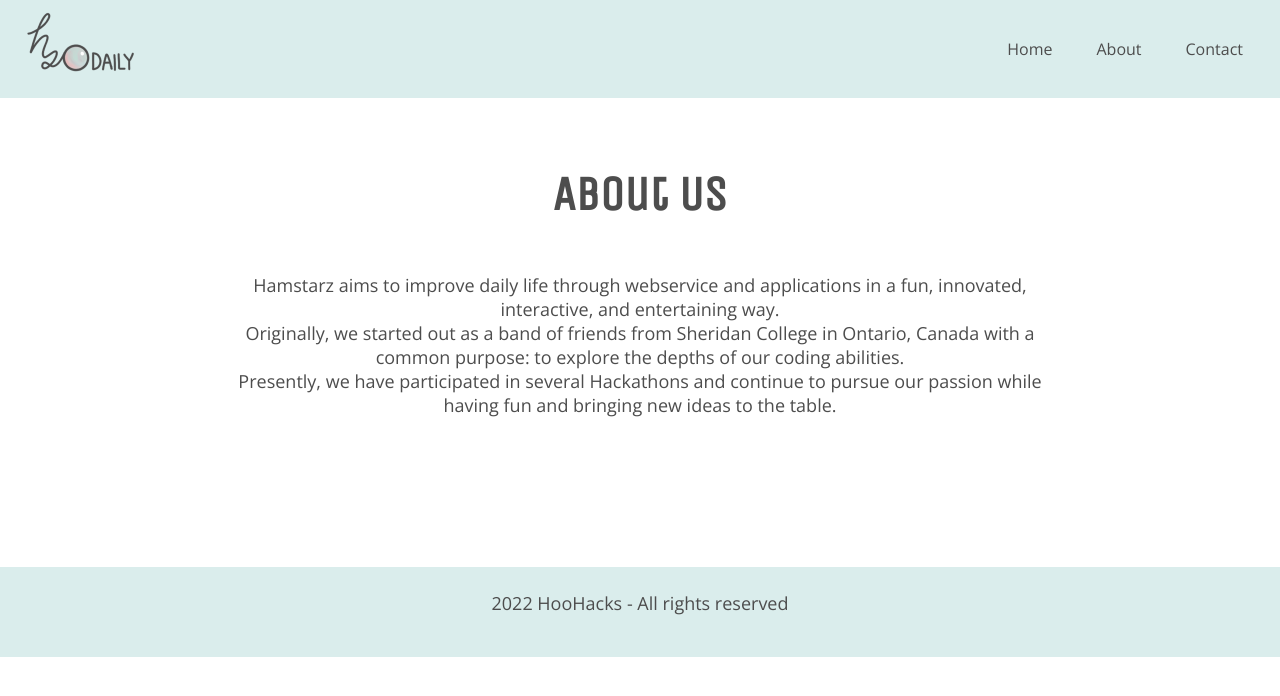
Repository: jennyjjung/H2ODaily
Page: about.html
The author's editor kept a copy of each file at every save. The page is drawn from the files as they stood at one save, then again after the next save.
The browser window is 1280 px wide. The pictures show the whole page.

Above is the page before, as saved 2022-03-26 21:17:25.

### about.html
<!DOCTYPE html>
<html lang="en">
<head>
  <meta charset="UTF-8">
  <meta http-equiv="X-UA-Compatible" content="IE=edge">
  <meta name="viewport" content="width=device-width, initial-scale=1.0">
  <title>H2O Daily</title>
  <link href='https://fonts.googleapis.com/css?family=Unica One' rel='stylesheet'>
  <link href="https://fonts.googleapis.com/css2?family=Open+Sans:wght@400;600;700&display=swap" rel="stylesheet">
  <link rel="stylesheet" href="style.css" />
  <script src="main.js" defer></script>
</head>
<body>

  <nav id="navbar">
    <div class="navbar__logo">
      <a href="index.html"><img src="images/logo.png" id="navbar__logo"></a>
    </div>
    <div class="navbar__menu">
      <li class="navbar__menu__item"><a href="index.html">Home</a></li>
      <li class="navbar__menu__item"><a href="about.html">About</a></li>
      <li class="navbar__menu__item"><a href="contact.html">Contact</a></li>
    </div>
  </nav>

  <section id="about">
    <h1>About Us </h1>
    <div class="about__content">
      <p>
        Hamstarz aims to improve daily life through webservice and applications in a fun, innovated, interactive, and entertaining way. <br>Originally, we started out as a band of friends from Sheridan College in Ontario, Canada with a common purpose: to explore the depths of our coding abilities. <br>Presently, we have participated in several Hackathons and continue to pursue our passion while having fun and bringing new ideas to the table.
      </p>
    </div>
  </section>

  <section id="bottom">
    <div class= "bottom__container">
      <p class="bottom__rights">2022 HooHacks - All rights reserved</p>
    </div>
  </section>

</body>
</html>

### style.css
/* Global */
:root {
  /* Color */
  --color-white: #ffffff;
  --color-dark-grey: #4d4d4d;
  --color-blue: #daedec;
  --color-dark-blue: #b9d8d6;
  --color-yellow: rgb(241, 247, 208);

  /* Font weight */
  --weight-bold: 700;
  --weight-semi-bold: 600;
  --weight-regular: 400;

  /* Font Size */
  --font-large: 48px;
  --font-medium: 28px;
  --font-regular: 18px;
  --font-small: 16px;
  --font-micro: 14px;

  /* Size */
  --size-border-radius: 4px;
}

body {
  margin: 0;
  font-family: "Open Sans";
  cursor: default;
  text-align: center;
}

h1 {
  font-size: var(--font-large);
  font-weight: var(--weight-bold);
  color: var(--color-dark-grey);
  font-family: "Unica One";
  margin: 16px 0px;
}

p {
  font-size: var(--font-regular);
  font-weight: var(--weight-regular);
  color: var(--color-dark-grey);
  margin: 4px 0;
}

li {
  list-style: none;
}

a {
  text-decoration: none;
  color: var(--color-dark-grey);
}

/* Navbar */
#navbar {
  position: fixed;
  display: flex;
  justify-content: space-between;
  width: 100%;
  background-color: var(--color-blue);
  padding: 10px;
  align-items: center;
}

.navbar__menu {
  display: flex;
  margin-right: 25px;
}

.navbar__logo {
  font-size: var(--font-medium);
  font-weight: var(--weight-semi-bold);
  justify-content: center;
}

#nevbar__logo {
  width: 80px;
  padding-left: 20px;
  padding-top: 10px;
}

.navbar__menu__item {
  padding: 8px 12px;
  margin: 0 10px;
  cursor: pointer;
  border-radius: var(--size-border-radius);
}

.navbar__menu__item:hover {
  background-color: var(--color-dark-blue);
}

/* Home */
#home,
#contact,
#about {
  padding: 150px 40px 100px 40px;
}

.home__title {
  color: var(--color-dark-grey);
}

.home__content {
  width: 80%;
}

.home__container {
  display: flex;
  flex-direction: column;
  align-items: center;
  justify-content: center;
}

.home__logo {
  width: 300px;
  height: 300px;
  margin: 20px;
  margin-bottom: 0;
}

.btn__home,
input[type="submit"] {
  color: var(--color-dark-grey);
  background-color: var(--color-blue);
  font-size: var(--font-regular);
  font-weight: var(--weight-bold);
  font-family: "Unica One";
  margin: 24px;
  padding: 8px 16px;
  border-radius: var(--size-border-radius);
}

.btn__home:hover,
input[type="submit"] {
  background-color: var(--color-dark-blue);
}

#bottom {
  background-color: var(--color-blue);
  padding: 20px;
  text-align: center;
  height: 50px;
}

.about__content,
.contact__content {
  width: 70%;
  text-align: center;
  margin: 50px auto;
}

/* Contact */
form {
  width: 500px;
  margin: auto;
  margin-top: 50px;
}
.row {
  display: flex;
  justify-content: space-between;
  margin-top: 10px;
}

input[type="text"],
input[type="email"],
textarea {
  width: 100%;
  padding: 7px;
  border-radius: 3px;
  border: 1px solid rgb(207, 207, 207);
}

textarea {
  height: 100px;
}

.table__label {
  width: 30%;
  text-align: left;
  line-height: 150%;
}

.table__input {
  width: 70%;
}

Loaded but not shown: main.js (no copy from this time; the picture is the same without it)

After the next save:
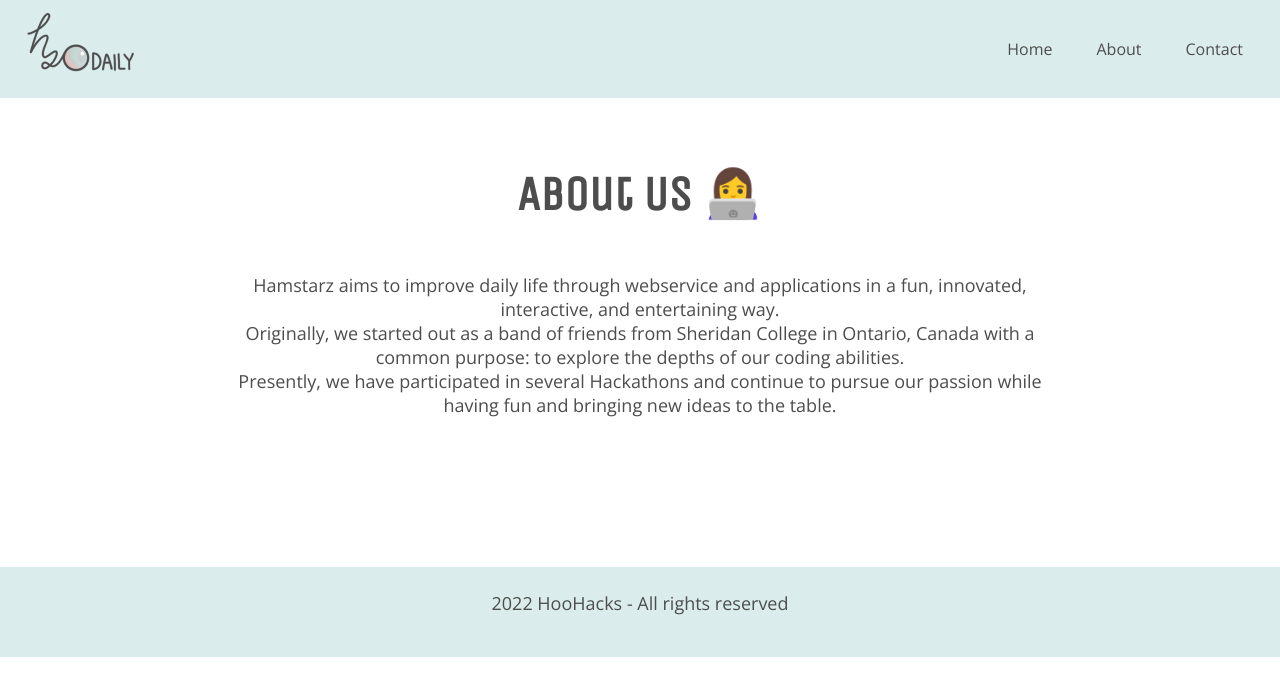
Saved 49 s later.
--- a/about.html
+++ b/about.html
@@ -24,7 +24,7 @@
   </nav>
 
   <section id="about">
-    <h1>About Us </h1>
+    <h1>About Us 👩‍💻</h1>
     <div class="about__content">
       <p>
         Hamstarz aims to improve daily life through webservice and applications in a fun, innovated, interactive, and entertaining way. <br>Originally, we started out as a band of friends from Sheridan College in Ontario, Canada with a common purpose: to explore the depths of our coding abilities. <br>Presently, we have participated in several Hackathons and continue to pursue our passion while having fun and bringing new ideas to the table.
